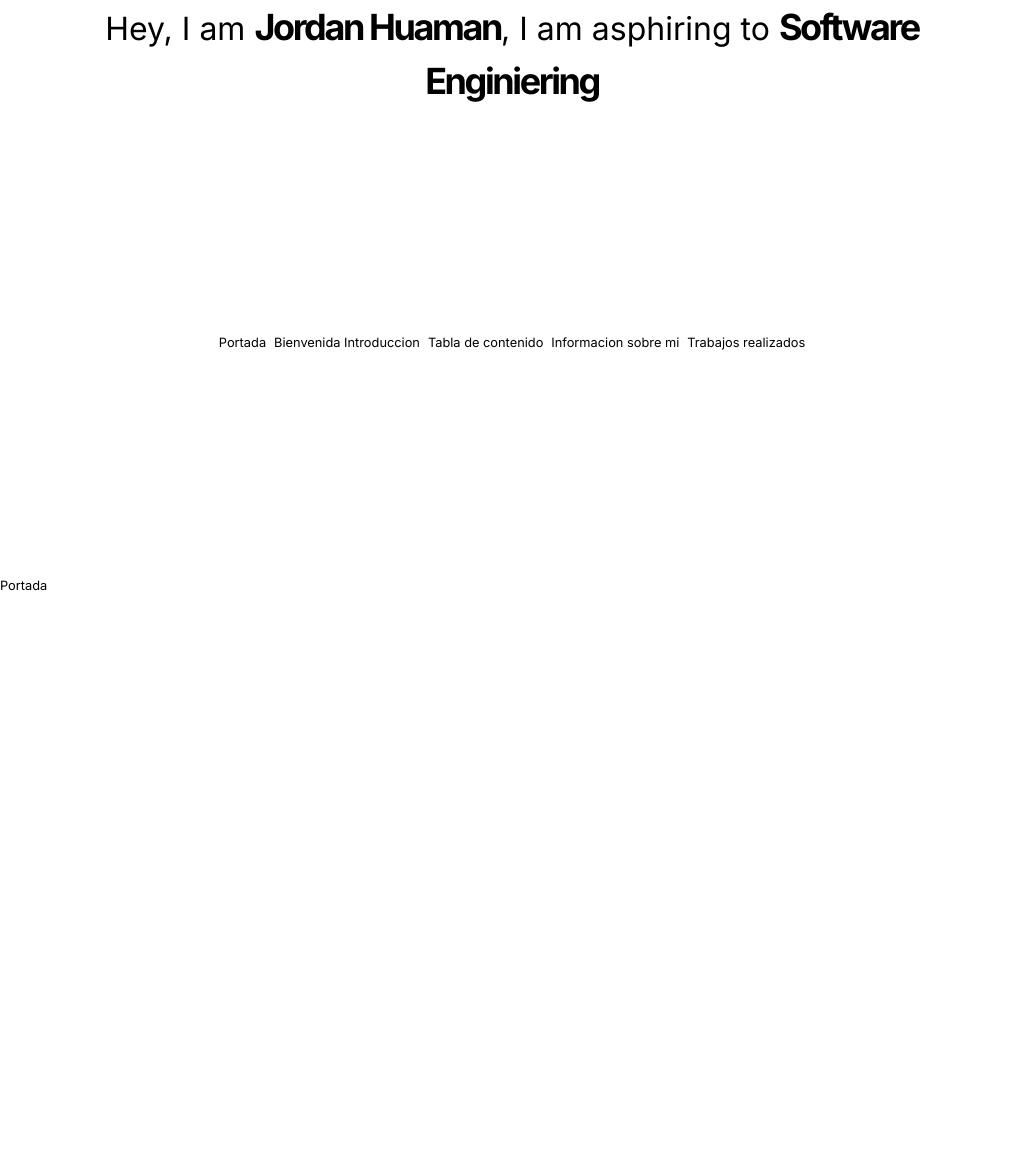
Repository: devsecops-node/portafolio-nextj-pages
Page: /
An editor plug-in stored every save of this project. The page is shown before and after the next save, followed by the edit.
The browser window is 1280 px wide. The pictures show the whole page, at 80% of full size.
The project was rebuilt for these pictures with package versions that can differ from the ones it lists, and the page was loaded fresh each time. The framework's server and built-in components were replaced by stand-ins that run in the browser. Also part of the build but not shown: next.config.js, src/styles/transitionPage.module.css.

Above is the page before, as saved 2024-01-15 03:50:34.

### src/app/page.js
"use client"
import Dashboard from '@/components/Dashboard'
import Transition from '@/components/Transition'
import Image from 'next/image'
import { useEffect, useState } from 'react'

export default function Home() {
  const [showAnimation, setShowAnimation] = useState(true)

  useEffect(() => {
    console.log('Ejecutando')
    setTimeout(() => {
      setShowAnimation(false)
    }, 2000)
  }, [])
  return (
    <main className='h-[100vh]'>
      {showAnimation ? <Transition /> : <Dashboard />}
    </main>
  )
}

### src/components/Dashboard.jsx
import React from 'react'
import stles from "@/styles/dashboard.module.css"
import Portada from './Portada'

const Dashboard = () => {
  return (
    <section className={stles.home_view}>
      <div className='h-screen flex justify-between items-center flex-col'>
        <div className={stles.home_view_principal}>
          <p className={stles.animar_text} id='detec'> Hey, I am <span className="animacion-bolder">Jordan
            Huaman</span>, I am asphiring to <span className={stles.detect}>Software Enginiering</span>
          </p>
        </div>
        <div className={stles.home_view_links}>
          <a href="" className={stles.animar_abajo}>
            <p>Portada</p>
          </a>
          <a href="" className={stles.animar_abajo}>
            <p>Bienvenida Introduccion</p>
          </a>
          <a href="" className={stles.animar_arriba}>
            <p>Tabla de contenido</p>
          </a><a href="" className={stles.animar_arriba}>
            <p>Informacion sobre mi</p>
          </a>
          <a href="" className={stles.animar_abajo}>
            <p>Trabajos realizados</p>
          </a>

        </div>
        <div>
        </div>
      </div>
      <Portada />
    </section>
  )
}

export default Dashboard

### src/components/Transition.jsx
import React from 'react'
import styles from "@/styles/transitionPage.module.css"

const Transition = () => {
  return (
    <div className={styles.home}>
      <main className=''>
        <p className={styles.text_1}>Jh</p>
        <p className={styles.text_2}>Jordan Huaman - Porfolio</p>
      </main>
      <footer>
        <p className={styles.text_3}>Software Engineerin - 2024</p>
      </footer>
    </div>
  )
}

export default Transition

### src/styles/dashboard.module.css
/* ? Home-view part */
.home_view {
  height: 100%;
}

.animar_text {
  animation: apper-2 2s;
  -webkit-animation: apper-2 2s;
}

.home_view_principal {
  width: 90%;
  margin: 0 auto;
}

.home_view_principal p {
  text-align: center;
  font-size: 40px;
}

.home_view_principal p span {
  font-size: 45px;
  letter-spacing: -3px;
  font-weight: bold;
}

.home_view_principal p span:hover .child {
  background-color: red;
}

@keyframes apper-2 {
  0% {
    opacity: 0;
    transform: translateY(-200px);
    -webkit-transform: translateY(-200px);
    -moz-transform: translateY(-200px);
    -ms-transform: translateY(-200px);
    -o-transform: translateY(-200px);
  }

  50% {
    opacity: 1;
    transform: translateY(-20px);
    -webkit-transform: translateY(-20px);
    -moz-transform: translateY(-20px);
    -ms-transform: translateY(-20px);
    -o-transform: translateY(-20px);
  }

  100% {
    opacity: 1;
    transform: translateY(0px);
    -webkit-transform: translateY(0px);
    -moz-transform: translateY(0px);
    -ms-transform: translateY(0px);
    -o-transform: translateY(0px);
  }
}

.home_view_links {
  display: flex;
  padding: 10px;
  justify-content: space-between;
  gap: 10px;
}

/* Line aniamtion */
.line-animation {
  display: inline;
  cursor: pointer;
  position: relative;
  /* padding: 5px; */
}

.line-animation::after {
  /* margin-top: 10px; */
  content: "";
  position: absolute;
  width: 100%;
  height: 3px;
  top: auto;
  bottom: 14px;
  left: -4px;
  transform: scaleX(0);
  box-shadow: 0 5px 0 black;
  transform-origin: bottom right;
  transition: transform 0.5s ease-out;
}

.line-animation:hover:after {
  transform: scaleX(1);
  transform-origin: bottom left;
}

.animacion-bolder {
  animation: animar-bold 2s linear alternate slidein;
  -webkit-animation: animar-bold 2s linear alternate slidein;
}

.animar_arriba{
  animation: apper-arriba 2s;
  -webkit-animation: apper-arriba 2s;
}
.animar_abajo{
  animation: apper-abajo 2s;
  -webkit-animation: apper-abajo 2s;
}

@keyframes apper-arriba {
  0% {
    opacity: 0;
    transform: translateY(200px);
    -webkit-transform: translateY(200px);
    -moz-transform: translateY(200px);
    -ms-transform: translateY(200px);
    -o-transform: translateY(200px);
}

  50% {
    opacity: 1;
    transform: translateY(-20px);
    -webkit-transform: translateY(-20px);
    -moz-transform: translateY(-20px);
    -ms-transform: translateY(-20px);
    -o-transform: translateY(-20px);
  }

  100% {
    opacity: 1;
    transform: translateY(0px);
    -webkit-transform: translateY(0px);
    -moz-transform: translateY(0px);
    -ms-transform: translateY(0px);
    -o-transform: translateY(0px);
  }
}
@keyframes apper-abajo {
  0% {
    opacity: 0;
    transform: translateY(-200px);
    -webkit-transform: translateY(-200px);
    -moz-transform: translateY(-200px);
    -ms-transform: translateY(-200px);
    -o-transform: translateY(-200px);
}

  50% {
    opacity: 1;
    transform: translateY(-20px);
    -webkit-transform: translateY(-20px);
    -moz-transform: translateY(-20px);
    -ms-transform: translateY(-20px);
    -o-transform: translateY(-20px);
  }

  100% {
    opacity: 1;
    transform: translateY(0px);
    -webkit-transform: translateY(0px);
    -moz-transform: translateY(0px);
    -ms-transform: translateY(0px);
    -o-transform: translateY(0px);
  }
}

@keyframes animar-bold {
  0% {
    opacity: 0;
  }

  100% {
    opacity: 1;
  }
}

### src/components/Portada.jsx
import React from 'react'

const Portada = () => {
  return (
    <div className='h-screen'>Portada</div>
  )
}

export default Portada

Loaded but not shown: src/app/layout.js (common file); src/app/globals.css (common file); tailwind.config.js (common file)

After the next save:
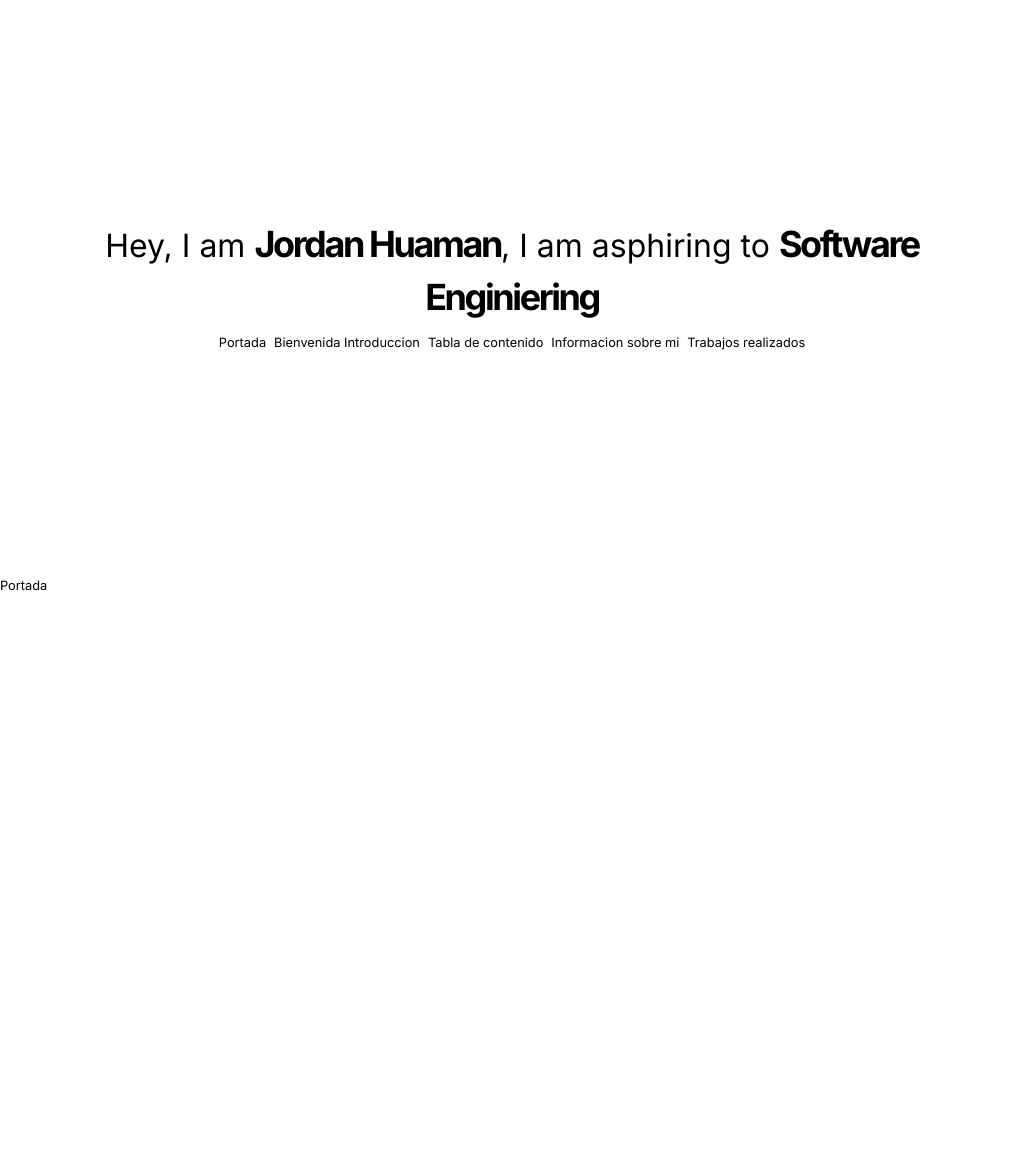
Saved 12 s later.
--- a/src/components/Dashboard.jsx
+++ b/src/components/Dashboard.jsx
@@ -5,7 +5,7 @@ import Portada from './Portada'
 const Dashboard = () => {
   return (
     <section className={stles.home_view}>
-      <div className='h-screen flex justify-between items-center flex-col'>
+      <div className='h-screen flex justify-center items-center flex-col'>
         <div className={stles.home_view_principal}>
           <p className={stles.animar_text} id='detec'> Hey, I am <span className="animacion-bolder">Jordan
             Huaman</span>, I am asphiring to <span className={stles.detect}>Software Enginiering</span>
